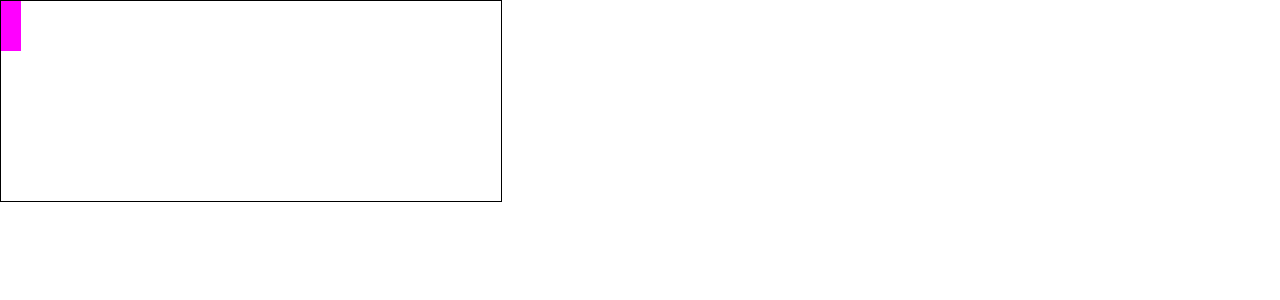
Repository: thecptwaffles/bad-game
Page: index.html
The author's editor kept a copy of each file at every save. The page is drawn from the files as they stood at one save, then again after the next save.
The browser window is 1280 px wide. The pictures show the whole page.

Above is the page before, as saved 2022-02-04 19:47:23.

### index.html
<!DOCTYPE html>
<html lang="en">

<head>
    <meta charset="UTF-8">
    <meta http-equiv="X-UA-Compatible" content="IE=edge">
    <meta name="viewport" content="width=device-width, initial-scale=1.0">
    <title>Document</title>
    <link rel="stylesheet" href="style.css">
</head>

<body>
    <div id="game">
        <div id="Steve"></div>
        <div id="block"></div>
    </div>
</body>
<script src="./index.js"></script>

</html>

### style.css
* {
    padding: 0;
    margin: 0;
}

#game {
    width: 500px;
    height: 200px;
    border: 1px solid black;
}

#Steve {
    width: 20px;
    height: 50px;
    background-color: magenta;
}

Loaded but not shown: index.js (no copy from this time; the picture is the same without it)

After the next save:
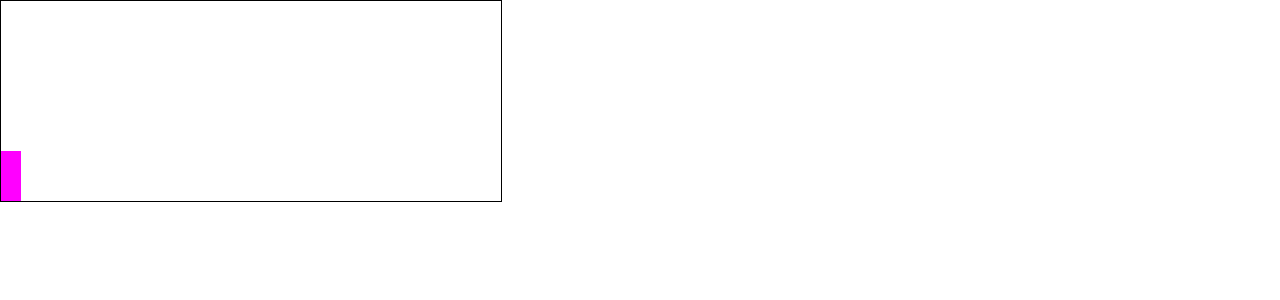
Saved 27 s later.
--- a/style.css
+++ b/style.css
@@ -13,4 +13,6 @@
     width: 20px;
     height: 50px;
     background-color: magenta;
+    position: relative;
+    top: 150px;
 }
